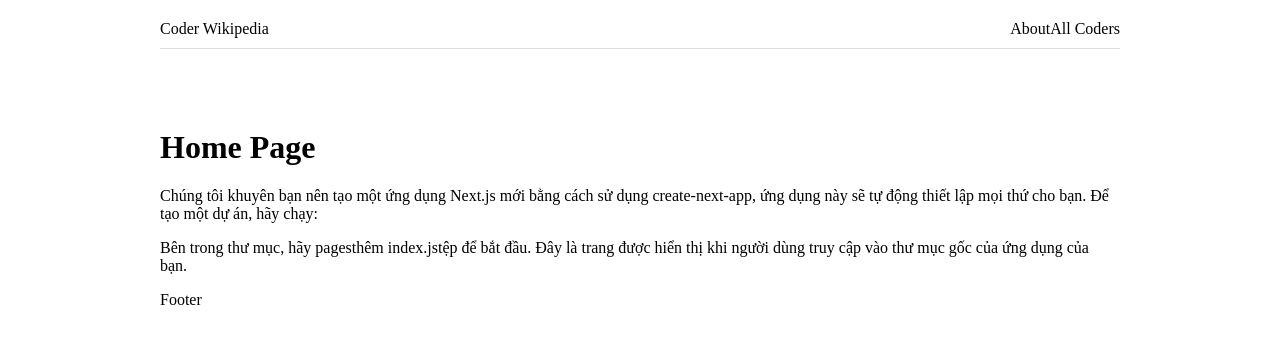
Repository: DuckyNumberONS/H-c-Next-Js
Page: / (app in my-app/)
These files come from the project's save history. The page is drawn as it stood at one moment and after the next save; the edit follows.
The browser window is 1280 px wide. The pictures show the whole page.
Some web fonts or font styles are not loaded; a fallback is used. The project was rebuilt for these pictures with package versions that can differ from the ones it lists, and the page was loaded fresh each time. The framework's server and built-in components were replaced by stand-ins that run in the browser. Also part of the build but not shown: my-app/next.config.js.

Above is the page before, as saved 2022-09-22 09:13:10.

After the next save:
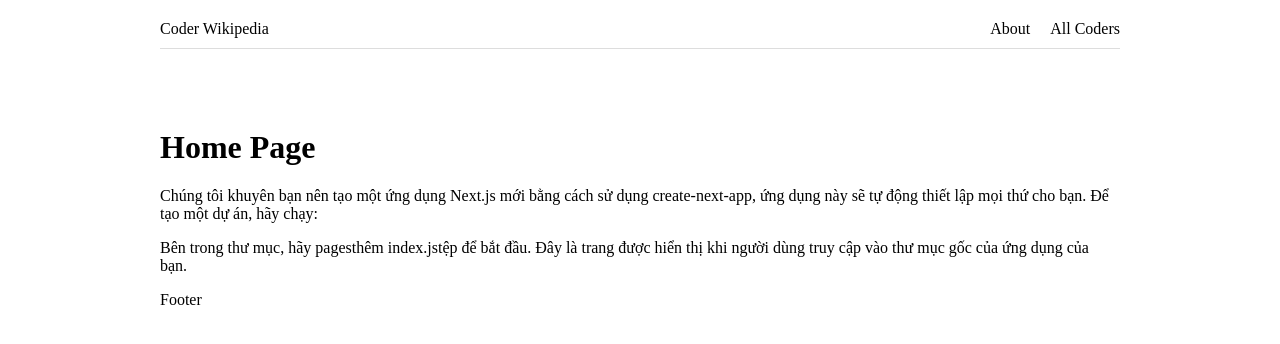
Saved 6 s later.
--- a/my-app/styles/globals.css
+++ b/my-app/styles/globals.css
@@ -21,5 +21,5 @@ nav{
   border-bottom: 1px solid #ddd;
 }
 nav a:not(:first-child){
-  mar
+  margin-left: 20px;
 }
